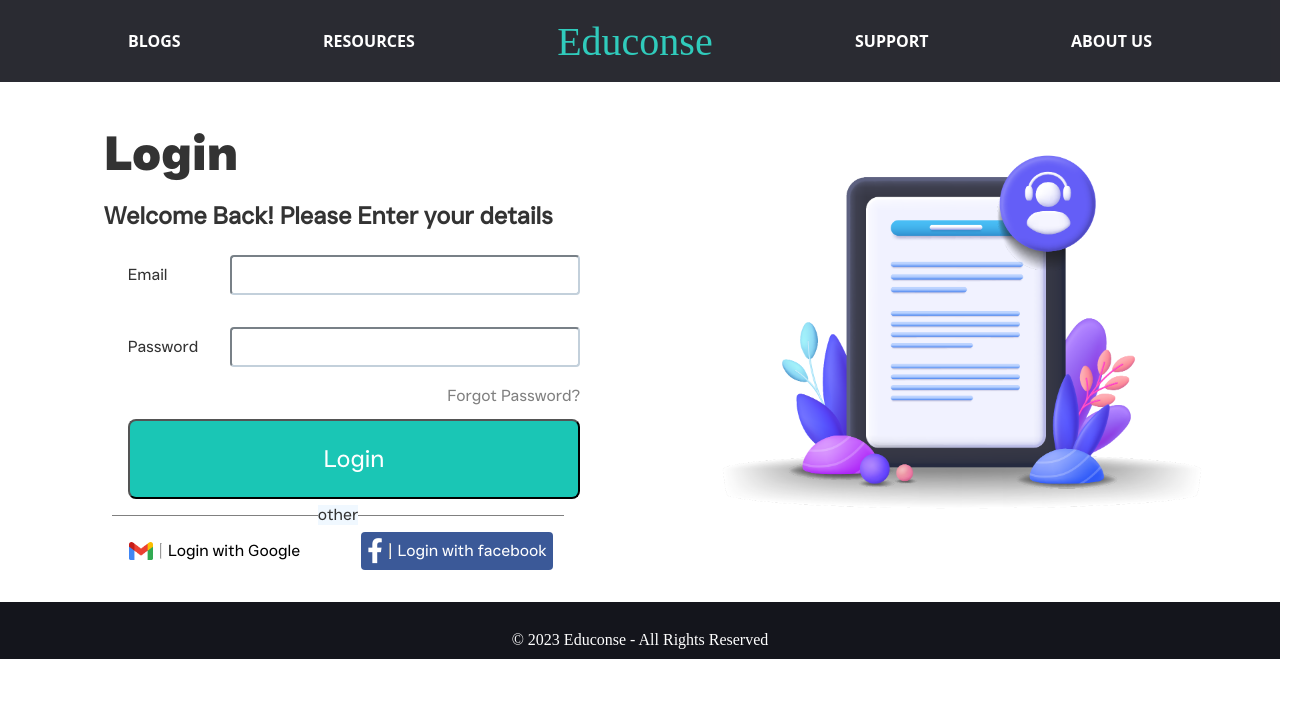
Repository: devajay07/educonse
Page: pages/login.html
An editor plug-in stored every save of this project. The page is shown before and after the next save, followed by the edit.
The browser window is 1280 px wide. The page is 1312 px wide, so the pictures cover 1312 px, including what lies to the right of the window. The pictures show the whole page.

Above is the page before, as saved 2023-10-15 03:26:45.

After the next save:
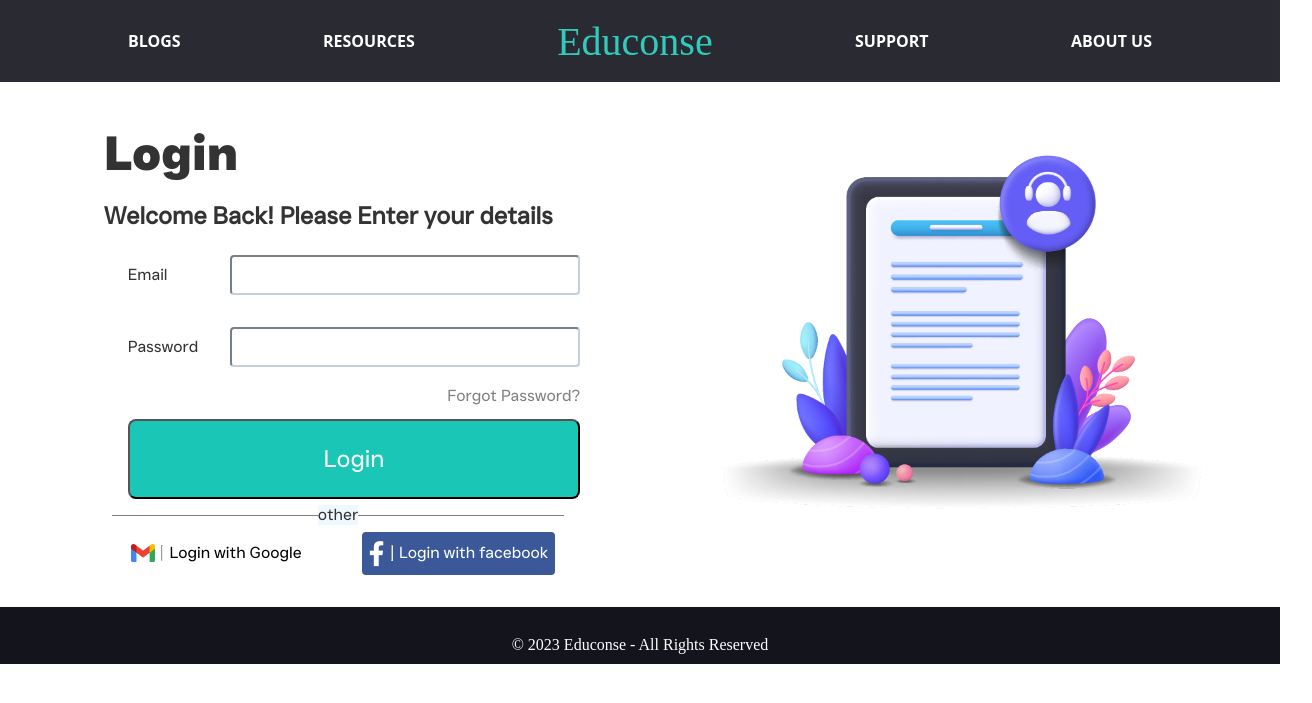
Saved 21 s later.
--- a/css/login.css
+++ b/css/login.css
@@ -129,7 +129,7 @@ input[type=password] {
 
 .gmail {
   background-color: var(--white);
-  border-radius:2px ;
+  border:solid ;
 }
 
 .gmail img {
